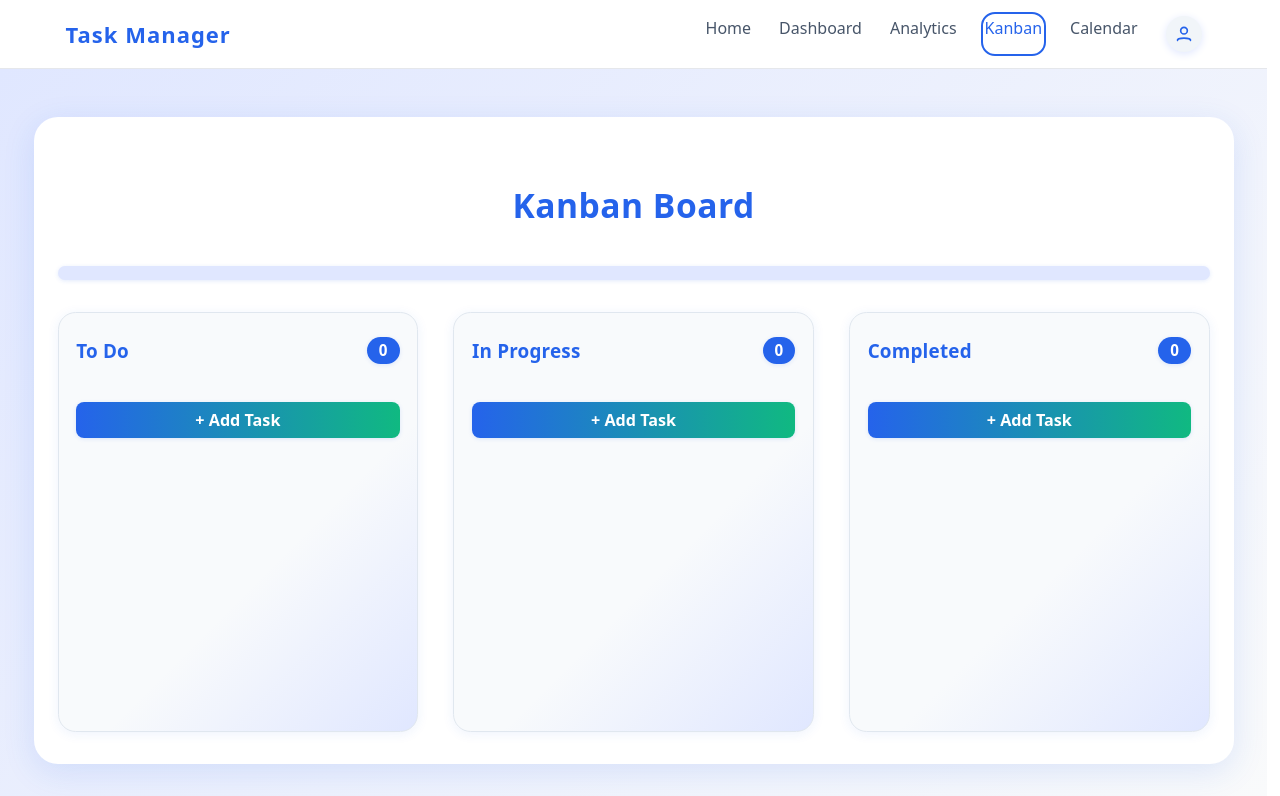
Repository: him021204/Task-Manager
Page: /kanban (app in client/)
An editor plug-in stored every save of this project. The page is shown before and after the next save, followed by the edit.
The browser window is 1280 px wide. The pictures show the whole page.
The page's requests for data from a server got no answer. The project was rebuilt for these pictures with package versions that can differ from the ones it lists, and the page was loaded fresh each time. No one was signed in, and anything a server would have sent is missing. Also part of the build but not shown: client/vite.config.js, client/src/pages/Dashboard.jsx, client/src/pages/Login.css, client/src/pages/Login.jsx, client/src/pages/Register.css, client/src/pages/Register.jsx, client/src/pages/Analytics.jsx, client/src/pages/CalendarView.css and 3 more.

Above is the page before, as saved 2025-06-20 22:39:57.

### client/src/main.jsx
import React from 'react';
import ReactDOM from 'react-dom/client';
import App from './App.jsx';
import './index.css';
import 'react-big-calendar/lib/css/react-big-calendar.css';
ReactDOM.createRoot(document.getElementById('root')).render(
  <React.StrictMode>
    <App />
  </React.StrictMode>,
);

### client/src/pages/KanbanBoard.jsx
import React, { useEffect, useState } from 'react';
import { Link } from 'react-router-dom';
import axios from 'axios';
import { DragDropContext, Droppable, Draggable } from '@hello-pangea/dnd';
import './KanbanBoard.css';

const columns = [
  { id: 'To Do', label: 'To Do' },
  { id: 'In Progress', label: 'In Progress' },
  { id: 'Completed', label: 'Completed' }
];

const KanbanBoard = () => {
  const [tasks, setTasks] = useState([]);
  const [loading, setLoading] = useState(true);
  const [addingTaskCol, setAddingTaskCol] = useState(null);
  const [newTaskTitle, setNewTaskTitle] = useState('');
  const [newTaskDesc, setNewTaskDesc] = useState('');

  // Fetch tasks from backend
  const fetchTasks = async () => {
    setLoading(true);
    try {
      const res = await axios.get('http://localhost:5000/api/tasks', {
        headers: { Authorization: `Bearer ${localStorage.getItem('token')}` }
      });
      setTasks(res.data);
    } catch {
      setTasks([]);
    } finally {
      setLoading(false);
    }
  };

  useEffect(() => {
    fetchTasks();
  }, []);

  // Progress bar calculation
  const completed = tasks.filter(t => t.status === 'Completed').length;
  const progress = tasks.length ? Math.round((completed / tasks.length) * 100) : 0;

  // Handle drag and drop
  const handleDragEnd = async (result) => {
    if (!result.destination) return;
    const { draggableId, destination } = result;
    const newStatus = destination.droppableId;
    try {
      await axios.put(
        `http://localhost:5000/api/tasks/${draggableId}`,
        { status: newStatus },
        { headers: { Authorization: `Bearer ${localStorage.getItem('token')}` } }
      );
      fetchTasks();
    } catch {
      // Optionally show error
    }
  };

  // Handle quick add task
  const handleQuickAdd = async (status) => {
    setAddingTaskCol(status);
    setNewTaskTitle('');
    setNewTaskDesc('');
  };

  const handleAddTaskSubmit = async (e) => {
    e.preventDefault();
    if (!newTaskTitle.trim()) return;
    try {
      await axios.post('http://localhost:5000/api/tasks', {
        title: newTaskTitle,
        description: newTaskDesc,
        status: addingTaskCol
      }, {
        headers: { Authorization: `Bearer ${localStorage.getItem('token')}` }
      });
      setAddingTaskCol(null);
      setNewTaskTitle('');
      setNewTaskDesc('');
      fetchTasks();
    } catch {
      alert('Failed to add task.');
    }
  };

  return (
    <>
      {/* Navigation Bar */}
      <nav className="navbar">
        <div className="nav-content">
          <span className="logo">Task Manager</span>
          <div className="nav-links">
            <Link to="/home" className="nav-link">Home</Link>
            <Link to="/dashboard" className="nav-link">Dashboard</Link>
            <Link to="/analytics" className="nav-link">Analytics</Link>
            <Link to="/kanban" className="nav-link active">Kanban</Link>
            <Link to="/calendar" className="nav-link">Calendar</Link>
            <div className="nav-profile">
              <Link to="/profile" style={{ display: 'flex', alignItems: 'center' }}>
                <svg
                  width="36"
                  height="36"
                  viewBox="0 0 24 24"
                  fill="none"
                  stroke="#2563eb"
                  strokeWidth="2"
                  strokeLinecap="round"
                  strokeLinejoin="round"
                  style={{ background: "#f1f5f9", borderRadius: "50%", padding: 8, boxShadow: "0 2px 8px #e0e7ff" }}
                >
                  <circle cx="12" cy="8" r="4" />
                  <path d="M4 20c0-4 16-4 16 0" />
                </svg>
              </Link>
            </div>
          </div>
        </div>
      </nav>
      <div className="kanban-bg">
        <div className="kanban-container">
          <h2 className="kanban-title">Kanban Board</h2>
          <div className="kanban-progress-bar">
            <div className="kanban-progress-bar-inner" style={{ width: `${progress}%` }} />
          </div>
          {loading ? (
            <div className="kanban-status">Loading...</div>
          ) : (
            <DragDropContext onDragEnd={handleDragEnd}>
              <div className="kanban-columns">
                {columns.map(col => (
                  <Droppable droppableId={col.id} key={col.id}>
                    {(provided, snapshot) => (
                      <div
                        className={`kanban-column${snapshot.isDraggingOver ? ' dragging-over' : ''}`}
                        ref={provided.innerRef}
                        {...provided.droppableProps}
                      >
                        <div className="kanban-column-header">
                          <div className="kanban-column-title">{col.label}</div>
                          <span className="kanban-column-count">
                            {tasks.filter(task => (task.status || 'To Do') === col.id).length}
                          </span>
                        </div>
                        <button className="kanban-add-task-btn" onClick={() => handleQuickAdd(col.id)}>
                          + Add Task
                        </button>
                        {/* Quick Add Task Form */}
                        {addingTaskCol === col.id && (
                          <form onSubmit={handleAddTaskSubmit} style={{ marginBottom: 12 }}>
                            <input
                              type="text"
                              placeholder="Task title"
                              value={newTaskTitle}
                              onChange={e => setNewTaskTitle(e.target.value)}
                              style={{
                                width: '100%',
                                marginBottom: 6,
                                padding: '0.5rem 1rem',
                                borderRadius: 6,
                                border: '1.5px solid #d1d5db'
                              }}
                              autoFocus
                              required
                            />
                            <textarea
                              placeholder="Description (optional)"
                              value={newTaskDesc}
                              onChange={e => setNewTaskDesc(e.target.value)}
                              style={{
                                width: '100%',
                                marginBottom: 6,
                                padding: '0.5rem 1rem',
                                borderRadius: 6,
                                border: '1.5px solid #d1d5db',
                                minHeight: 40,
                                resize: 'vertical'
                              }}
                            />
                            <div style={{ display: 'flex', gap: 8 }}>
                              <button
                                type="submit"
                                className="kanban-add-task-btn"
                                style={{ flex: 1 }}
                              >
                                Add
                              </button>
                              <button
                                type="button"
                                className="kanban-add-task-btn"
                                style={{
                                  background: '#e0e7ff',
                                  color: '#2563eb',
                                  flex: 1
                                }}
                                onClick={() => setAddingTaskCol(null)}
                              >
                                Cancel
                              </button>
                            </div>
                          </form>
                        )}
                        {tasks
                          .filter(task => (task.status || 'To Do') === col.id)
                          .map((task, idx) => (
                            <Draggable draggableId={task._id} index={idx} key={task._id}>
                              {(provided, snapshot) => (
                                <div
                                  className={`kanban-task${snapshot.isDragging ? ' dragging' : ''}`}
                                  ref={provided.innerRef}
                                  {...provided.draggableProps}
                                  {...provided.dragHandleProps}
                                >
                                  <div className="kanban-task-title">{task.title}</div>
                                  <div className="kanban-task-status-tag">{task.status || 'To Do'}</div>
                                  {task.description && (
                                    <div className="kanban-task-desc">
                                      {task.description.length > 60
                                        ? task.description.slice(0, 60) + '…'
                                        : task.description}
                                    </div>
                                  )}
                                  {task.dueDate && (
                                    <div className="kanban-task-due">
                                      Due: {new Date(task.dueDate).toLocaleDateString()}
                                    </div>
                                  )}
                                  <div className="kanban-task-priority" style={{
                                    color:
                                      task.priority === 'High'
                                        ? '#ef4444'
                                        : task.priority === 'Medium'
                                        ? '#f59e42'
                                        : '#10b981'
                                  }}>
                                    {task.priority || 'Medium'}
                                  </div>
                                  {task.assignee && (
                                    <div className="kanban-task-assignee">
                                      <span className="kanban-task-avatar">
                                        {task.assignee.name
                                          ? task.assignee.name.split(' ').map(n => n[0]).join('').toUpperCase().slice(0, 2)
                                          : 'U'}
                                      </span>
                                      {task.assignee.name}
                                    </div>
                                  )}
                                </div>
                              )}
                            </Draggable>
                          ))}
                        {provided.placeholder}
                      </div>
                    )}
                  </Droppable>
                ))}
              </div>
            </DragDropContext>
          )}
        </div>
      </div>
    </>
  );
};

export default KanbanBoard;

Loaded but not shown: client/index.html (common file); client/src/index.css (common file); client/src/utils/socket.js (2 lines, source omitted); client/src/pages/Dashboard.css (1077 lines, source omitted); client/src/pages/Home.jsx (290 lines, source omitted); client/src/pages/Home.css (542 lines, source omitted); client/src/pages/KanbanBoard.css (216 lines, source omitted); client/src/pages/Analytics.css (143 lines, source omitted); client/src/App.jsx (44 lines, source omitted); client/src/context/AuthContext.jsx (37 lines, source omitted); client/src/context/SocketContext.jsx (18 lines, source omitted)

After the next save:
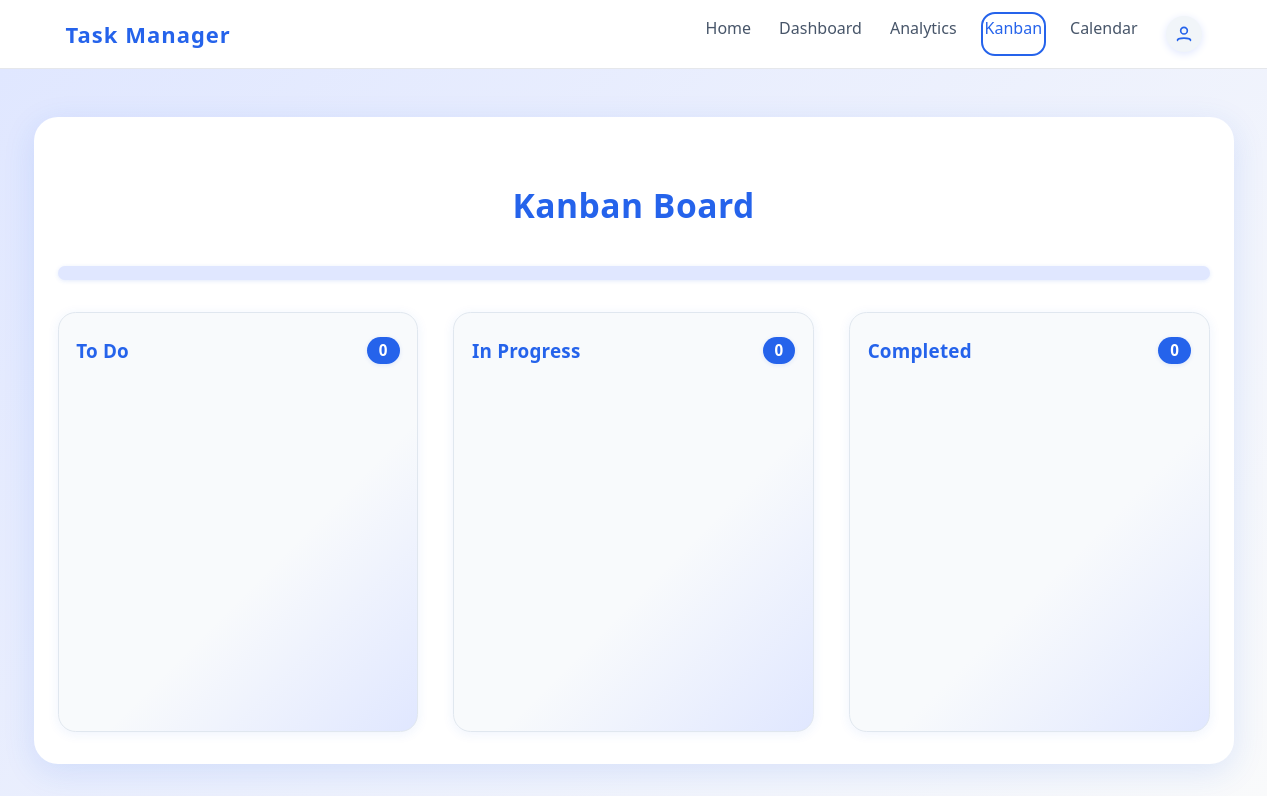
Saved 3 min 22 s later.
--- a/client/src/pages/KanbanBoard.jsx
+++ b/client/src/pages/KanbanBoard.jsx
@@ -13,9 +13,6 @@
 const KanbanBoard = () => {
   const [tasks, setTasks] = useState([]);
   const [loading, setLoading] = useState(true);
-  const [addingTaskCol, setAddingTaskCol] = useState(null);
-  const [newTaskTitle, setNewTaskTitle] = useState('');
-  const [newTaskDesc, setNewTaskDesc] = useState('');
 
   // Fetch tasks from backend
   const fetchTasks = async () => {
@@ -54,33 +51,6 @@
       fetchTasks();
     } catch {
       // Optionally show error
-    }
-  };
-
-  // Handle quick add task
-  const handleQuickAdd = async (status) => {
-    setAddingTaskCol(status);
-    setNewTaskTitle('');
-    setNewTaskDesc('');
-  };
-
-  const handleAddTaskSubmit = async (e) => {
-    e.preventDefault();
-    if (!newTaskTitle.trim()) return;
-    try {
-      await axios.post('http://localhost:5000/api/tasks', {
-        title: newTaskTitle,
-        description: newTaskDesc,
-        status: addingTaskCol
-      }, {
-        headers: { Authorization: `Bearer ${localStorage.getItem('token')}` }
-      });
-      setAddingTaskCol(null);
-      setNewTaskTitle('');
-      setNewTaskDesc('');
-      fetchTasks();
-    } catch {
-      alert('Failed to add task.');
     }
   };
 
@@ -142,64 +112,6 @@
                             {tasks.filter(task => (task.status || 'To Do') === col.id).length}
                           </span>
                         </div>
-                        <button className="kanban-add-task-btn" onClick={() => handleQuickAdd(col.id)}>
-                          + Add Task
-                        </button>
-                        {/* Quick Add Task Form */}
-                        {addingTaskCol === col.id && (
-                          <form onSubmit={handleAddTaskSubmit} style={{ marginBottom: 12 }}>
-                            <input
-                              type="text"
-                              placeholder="Task title"
-                              value={newTaskTitle}
-                              onChange={e => setNewTaskTitle(e.target.value)}
-                              style={{
-                                width: '100%',
-                                marginBottom: 6,
-                                padding: '0.5rem 1rem',
-                                borderRadius: 6,
-                                border: '1.5px solid #d1d5db'
-                              }}
-                              autoFocus
-                              required
-                            />
-                            <textarea
-                              placeholder="Description (optional)"
-                              value={newTaskDesc}
-                              onChange={e => setNewTaskDesc(e.target.value)}
-                              style={{
-                                width: '100%',
-                                marginBottom: 6,
-                                padding: '0.5rem 1rem',
-                                borderRadius: 6,
-                                border: '1.5px solid #d1d5db',
-                                minHeight: 40,
-                                resize: 'vertical'
-                              }}
-                            />
-                            <div style={{ display: 'flex', gap: 8 }}>
-                              <button
-                                type="submit"
-                                className="kanban-add-task-btn"
-                                style={{ flex: 1 }}
-                              >
-                                Add
-                              </button>
-                              <button
-                                type="button"
-                                className="kanban-add-task-btn"
-                                style={{
-                                  background: '#e0e7ff',
-                                  color: '#2563eb',
-                                  flex: 1
-                                }}
-                                onClick={() => setAddingTaskCol(null)}
-                              >
-                                Cancel
-                              </button>
-                            </div>
-                          </form>
-                        )}
                         {tasks
                           .filter(task => (task.status || 'To Do') === col.id)
                           .map((task, idx) => (

After the save that followed:
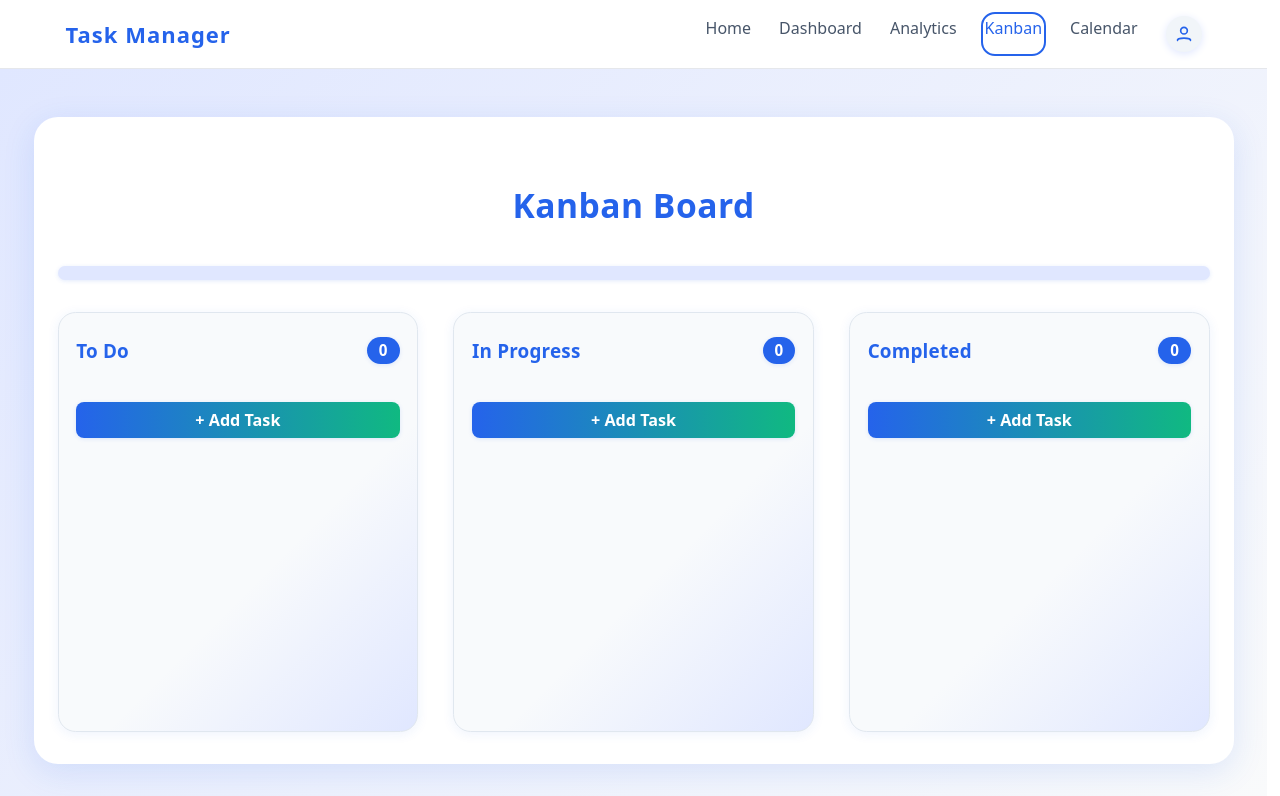
Saved 42 s later.
--- a/client/src/pages/KanbanBoard.jsx
+++ b/client/src/pages/KanbanBoard.jsx
@@ -13,6 +13,9 @@
 const KanbanBoard = () => {
   const [tasks, setTasks] = useState([]);
   const [loading, setLoading] = useState(true);
+  const [addingTaskCol, setAddingTaskCol] = useState(null);
+  const [newTaskTitle, setNewTaskTitle] = useState('');
+  const [newTaskDesc, setNewTaskDesc] = useState('');
 
   // Fetch tasks from backend
   const fetchTasks = async () => {
@@ -51,6 +54,33 @@
       fetchTasks();
     } catch {
       // Optionally show error
+    }
+  };
+
+  // Handle quick add task
+  const handleQuickAdd = async (status) => {
+    setAddingTaskCol(status);
+    setNewTaskTitle('');
+    setNewTaskDesc('');
+  };
+
+  const handleAddTaskSubmit = async (e) => {
+    e.preventDefault();
+    if (!newTaskTitle.trim()) return;
+    try {
+      await axios.post('http://localhost:5000/api/tasks', {
+        title: newTaskTitle,
+        description: newTaskDesc,
+        status: addingTaskCol
+      }, {
+        headers: { Authorization: `Bearer ${localStorage.getItem('token')}` }
+      });
+      setAddingTaskCol(null);
+      setNewTaskTitle('');
+      setNewTaskDesc('');
+      fetchTasks();
+    } catch {
+      alert('Failed to add task.');
     }
   };
 
@@ -112,6 +142,64 @@
                             {tasks.filter(task => (task.status || 'To Do') === col.id).length}
                           </span>
                         </div>
+                        <button className="kanban-add-task-btn" onClick={() => handleQuickAdd(col.id)}>
+                          + Add Task
+                        </button>
+                        {/* Quick Add Task Form */}
+                        {addingTaskCol === col.id && (
+                          <form onSubmit={handleAddTaskSubmit} style={{ marginBottom: 12 }}>
+                            <input
+                              type="text"
+                              placeholder="Task title"
+                              value={newTaskTitle}
+                              onChange={e => setNewTaskTitle(e.target.value)}
+                              style={{
+                                width: '100%',
+                                marginBottom: 6,
+                                padding: '0.5rem 1rem',
+                                borderRadius: 6,
+                                border: '1.5px solid #d1d5db'
+                              }}
+                              autoFocus
+                              required
+                            />
+                            <textarea
+                              placeholder="Description (optional)"
+                              value={newTaskDesc}
+                              onChange={e => setNewTaskDesc(e.target.value)}
+                              style={{
+                                width: '100%',
+                                marginBottom: 6,
+                                padding: '0.5rem 1rem',
+                                borderRadius: 6,
+                                border: '1.5px solid #d1d5db',
+                                minHeight: 40,
+                                resize: 'vertical'
+                              }}
+                            />
+                            <div style={{ display: 'flex', gap: 8 }}>
+                              <button
+                                type="submit"
+                                className="kanban-add-task-btn"
+                                style={{ flex: 1 }}
+                              >
+                                Add
+                              </button>
+                              <button
+                                type="button"
+                                className="kanban-add-task-btn"
+                                style={{
+                                  background: '#e0e7ff',
+                                  color: '#2563eb',
+                                  flex: 1
+                                }}
+                                onClick={() => setAddingTaskCol(null)}
+                              >
+                                Cancel
+                              </button>
+                            </div>
+                          </form>
+                        )}
                         {tasks
                           .filter(task => (task.status || 'To Do') === col.id)
                           .map((task, idx) => (
